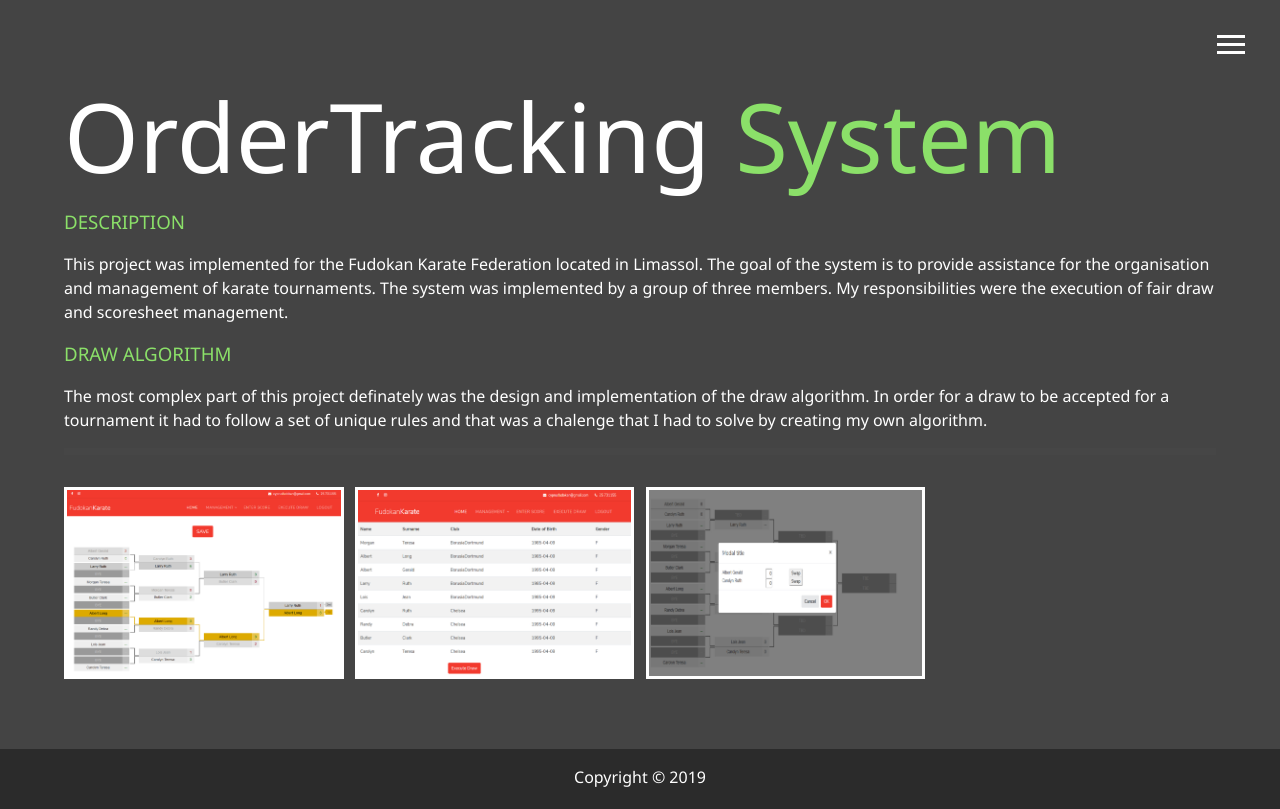
Repository: Preap/portfolio
Page: dist/projects/ordertracking.html
These files come from the project's save history. The page is drawn as it stood at one moment and after the next save; the edit follows.
The browser window is 1280 px wide. The pictures show the whole page.
Some web libraries are served in a nearby version.

Above is the page before, as saved 2019-06-06 01:30:23.

### dist/projects/ordertracking.html
<!DOCTYPE html>
<html lang="en">
  <head>
    <meta charset="UTF-8" />
    <meta name="viewport" content="width=device-width, initial-scale=1.0" />
    <meta http-equiv="X-UA-Compatible" content="ie=edge" />
    <link
      rel="stylesheet"
      href="https://use.fontawesome.com/releases/v5.6.1/css/all.css"
      integrity="sha384-gfdkjb5BdAXd+lj+gudLWI+BXq4IuLW5IT+brZEZsLFm++aCMlF1V92rMkPaX4PP"
      crossorigin="anonymous"
    />
    <link rel="stylesheet" href="../css/main.css" />
    <title>My Ordertracking Project</title>
  </head>
  <body>
    <header>
      <div class="menu-btn">
        <div class="btn-line"></div>
        <div class="btn-line"></div>
        <div class="btn-line"></div>
      </div>

      <nav class="menu">
        <div class="menu-branding"><div class="portrait"></div></div>

        <ul class="menu-nav">
          <li class="nav-item">
            <a href="../index.html" class="nav-link"> Home </a>
          </li>
          <li class="nav-item">
            <a href="../about.html" class="nav-link"> My Experience </a>
          </li>
          <li class="nav-item">
            <a href="../work.html" class="nav-link current"> My Projects </a>
          </li>
          <li class="nav-item">
            <a href="../contact.html" class="nav-link"> Contact Me </a>
          </li>
        </ul>
      </nav>
    </header>

    <main id="work">
      <h1 class="lg-heading">
        OrderTracking <span class="text-secondary">System</span>
      </h1>

      <div class="project-description">
        <h3 class="text-secondary">DESCRIPTION</h3>
        <p>
          This project was implemented for the Fudokan Karate Federation located in Limassol.
          The goal of the system is to provide assistance for the organisation and management of karate tournaments.
          The system was implemented by a group of three members. My responsibilities were the execution of fair draw
          and scoresheet management.
        </p>
        <h3 class="text-secondary">DRAW ALGORITHM</h3>
        <p>
          The most complex part of this project definately was the design and implementation of the draw algorithm.
          In order for a draw to be accepted for a tournament it had to follow a set of unique rules and that was a chalenge
          that I had to solve by creating my own algorithm.
        </p>
      </div>
      <h2 class="sm-heading"></h2>
      <div class="projects">
        <div class="item">
          <a href="#!">
            <img src="../img/projects/karate/image1.png" alt="karate_image" />
          </a>
        </div>
        <div class="item">
          <a href="#!">
            <img src="../img/projects/karate/image2.jpg" alt="karate_image" />
          </a>
        </div>
        <div class="item">
          <a href="#!">
            <img src="../img/projects/karate/image3.jpg" alt="karate_image" />
      </div>
      <br>

    </main>

    <footer id="main-footer">
      Copyright &copy; 2019
    </footer>

    <script src="../js/main.js"></script>
  </body>
</html>

### dist/css/main.css
.menu-btn {
  position: absolute;
  top: 35px;
  right: 35px;
  z-index: 3;
  cursor: pointer;
  transition: all 0.5s ease-out;
}
.menu-btn .btn-line {
  width: 28px;
  height: 3px;
  margin: 0 0 5px 0;
  background: #fff;
  transition: all 0.5s ease-out;
}
.menu-btn.close {
  transform: rotate(180deg);
}
.menu-btn.close .btn-line:nth-child(1) {
  transform: rotate(45deg) translate(5px, 5px);
}
.menu-btn.close .btn-line:nth-child(2) {
  opacity: 0;
}
.menu-btn.close .btn-line:nth-child(3) {
  transform: rotate(-45deg) translate(6px, -6px);
}

.menu {
  position: fixed;
  top: 0;
  width: 100%;
  opacity: 0.98;
  visibility: hidden;
}
.menu.show {
  visibility: visible;
}
.menu-branding,
.menu-nav {
  display: flex;
  flex-flow: column wrap;
  align-items: center;
  justify-content: center;
  float: left;
  width: 50%;
  height: 100vh;
  overflow: hidden;
}
.menu-nav {
  margin: 0;
  padding: 0;
  background: #373737;
  list-style: none;
  transform: translate3d(100%, -100%, 0);
  transition: all 0.5s ease-out;
}
.menu-nav.show {
  transform: translate3d(0, 0, 0);
}
.menu-branding {
  background: #444;
  transform: translate3d(-100%, 100%, 0);
  transition: all 0.5s ease-out;
}
.menu-branding.show {
  transform: translate3d(0, 0, 0);
}
.menu-branding .portrait {
  width: 250px;
  height: 250px;
  background: url(../img/port2BW.jpg);
  border-radius: 50%;
  border: solid 3px #8be069;
  opacity: 1;
}
.menu .nav-item {
  transform: translate3d(600px, 0, 0);
  transition: all 0.5s ease-out;
}
.menu .nav-item.show {
  transform: translate3d(0, 0, 0);
}
.menu .nav-link {
  display: inline-block;
  position: relative;
  font-size: 50px;
  text-transform: uppercase;
  padding: 1rem 0;
  font-weight: 300;
  color: #fff;
  text-decoration: none;
  transition: all 0.5s ease-out;
}
.menu .nav-link:hover {
  color: #8be069;
  transition: all 0.5s ease-out;
}
.menu .nav-link.current {
  color: #8be069;
}

.nav-item:nth-child(1) {
  transition-delay: 0.15s;
}

.nav-item:nth-child(2) {
  transition-delay: 0.3s;
}

.nav-item:nth-child(3) {
  transition-delay: 0.45s;
}

.nav-item:nth-child(4) {
  transition-delay: 0.6s;
}

* {
  box-sizing: border-box;
}

body {
  background: #444;
  color: #fff;
  height: 100%;
  margin: 0;
  font-family: "Segoe UI", Tahoma, Geneva, Verdana, sans-serif;
  line-height: 1.5;
}
body#bg-img {
  background: url(../img/keyboard.jpg);
  background-attachment: fixed;
  background-size: cover;
}
body#bg-img::after {
  content: "";
  position: absolute;
  top: 0;
  right: 0;
  width: 100%;
  height: 100%;
  z-index: -1;
  background: rgba(68, 68, 68, 0.9);
}

h1,
h2,
h3 {
  margin: 0;
  font-weight: 400;
}
h1.lg-heading,
h2.lg-heading,
h3.lg-heading {
  font-size: 6rem;
}
h1.sm-heading,
h2.sm-heading,
h3.sm-heading {
  margin-bottom: 2rem;
  padding: 0.2rem 1rem;
  background: rgba(73, 73, 73, 0.5);
}

a {
  color: #fff;
  text-decoration-line: none;
}

header {
  position: fixed;
  z-index: 2;
  width: 100%;
}

.text-secondary {
  color: #8be069;
}

main {
  padding: 4rem;
  min-height: calc(100vh - 60px);
}
main .icons {
  margin-top: 1rem;
}
main .icons a {
  padding: 0.4rem;
}
main .icons a:hover {
  color: #8be069;
  transition: all 0.5s ease-out;
}
main#home {
  overflow: hidden;
}
main#home h1 {
  margin-top: 20vh;
}

.about-info {
  display: grid;
  grid-gap: 30px;
  grid-template-areas:
    "bioimage bio bio"
    "job1 job2 job3";
  grid-template-columns: repeat(3, 1fr);
}
.about-info .bio-image {
  grid-area: bioimage;
  margin: auto;
  border-radius: 50%;
  border: #8be069 3px solid;
}
.about-info .bio {
  grid-area: bio;
  font-size: 1.5rem;
}
.about-info .job-1 {
  grid-area: job1;
}
.about-info .job-2 {
  grid-area: job2;
}
.about-info .job-3 {
  grid-area: job3;
}
.about-info .job {
  background: #585858;
  padding: 0.5rem;
  border-bottom: #8be069 5px solid;
}

.projects {
  display: grid;
  grid-gap: 0.7rem;
  grid-template-columns: repeat(3, 1fr);
}
.projects img {
  width: 100%;
  border: 3px #fff solid;
}
.projects img:hover {
  opacity: 0.5;
  border-color: #8be069;
  transition: all 0.5s ease-out;
}

.boxes {
  display: flex;
  flex-wrap: wrap;
  justify-content: space-evenly;
  align-items: center;
  margin-top: 1rem;
}
.boxes div {
  font-size: 2rem;
  border: 3px #fff solid;
  padding: 1.5rem 2.5rem;
  margin-bottom: 3rem;
  transition: all 0.5s ease-out;
}
.boxes div:hover {
  padding: 0.5rem 1.5rem;
  background: #8be069;
  color: #000;
}
.boxes div:hover span {
  color: #000;
}

.btn,
.btn-dark,
.btn-light {
  display: block;
  padding: 0.5rem 1rem;
  border: 0;
  margin-bottom: 0.3rem;
}
.btn:hover,
.btn-dark:hover,
.btn-light:hover {
  background: #8be069;
  color: #000;
  transition: all 0.5s ease-out;
}

.btn-dark {
  background: black;
  color: #fff;
}

.btn-light {
  background: #c4c4c4;
  color: #000;
}

#main-footer {
  text-align: center;
  padding: 1rem;
  background: #2b2b2b;
  color: #fff;
  height: 60px;
}

.bio {
  grid-area: bio;
  font-size: 1.5rem;
}

@media screen and (min-width: 1171px) {
  .projects {
    grid-template-columns: repeat(4, 1fr);
  }
}

@media screen and (min-width: 769) and (max-width: 1170px) {
  .projects {
    grid-template-columns: repeat(3, 1fr);
  }
}

@media screen and (max-width: 768px) {
  main {
    align-items: center;
    text-align: center;
  }
  main .lg-heading {
    line-height: 1;
    margin-bottom: 1rem;
  }
  ul.menu-nav,
  div.menu-branding {
    float: none;
    width: 100%;
    min-height: 0;
  }
  ul.menu-nav.show,
  div.menu-branding.show {
    transform: translate3d(0, 0, 0);
  }
  .menu-nav {
    height: 75vh;
    transform: translate3d(-100%, 0, 0);
    font-size: 24px;
  }
  .menu-branding {
    height: 25vh;
    transform: translate3d(100%, 0, 0);
  }
  .menu-branding .portrait {
    background: url(../img/portSmallBW.jpg);
    width: 150px;
    height: 150px;
  }
  .about-info {
    grid-template-areas:
      "bioimage"
      "bio"
      "job1"
      "job2"
      "job3";
    grid-template-columns: 1fr;
  }
  .projects {
    grid-template-columns: repeat(2, 1fr);
  }
}

@media screen and (max-width: 500px) {
  main#home h1 {
    margin-top: 10vh;
  }
  .projects {
    grid-template-columns: 1fr;
  }
}

### dist/js/main.js
// Select DOM Items
const menuBtn = document.querySelector(".menu-btn");
const menu = document.querySelector(".menu");
const menuNav = document.querySelector(".menu-nav");
const menuBranding = document.querySelector(".menu-branding");
const navItems = document.querySelectorAll(".nav-item");

//Set initial state of menu

let showMenu = false;

menuBtn.addEventListener("click", toggleMenu);

function toggleMenu() {
  if (!showMenu) {
    menuBtn.classList.add("close");
    menu.classList.add("show");
    menuNav.classList.add("show");
    menuBranding.classList.add("show");
    navItems.forEach(item => item.classList.add("show"));

    //set menu state
    showMenu = true;
  } else {
    menuBtn.classList.remove("close");
    menu.classList.remove("show");
    menuNav.classList.remove("show");
    menuBranding.classList.remove("show");
    navItems.forEach(item => item.classList.remove("show"));

    //set menu state
    showMenu = false;
  }
}

After the next save:
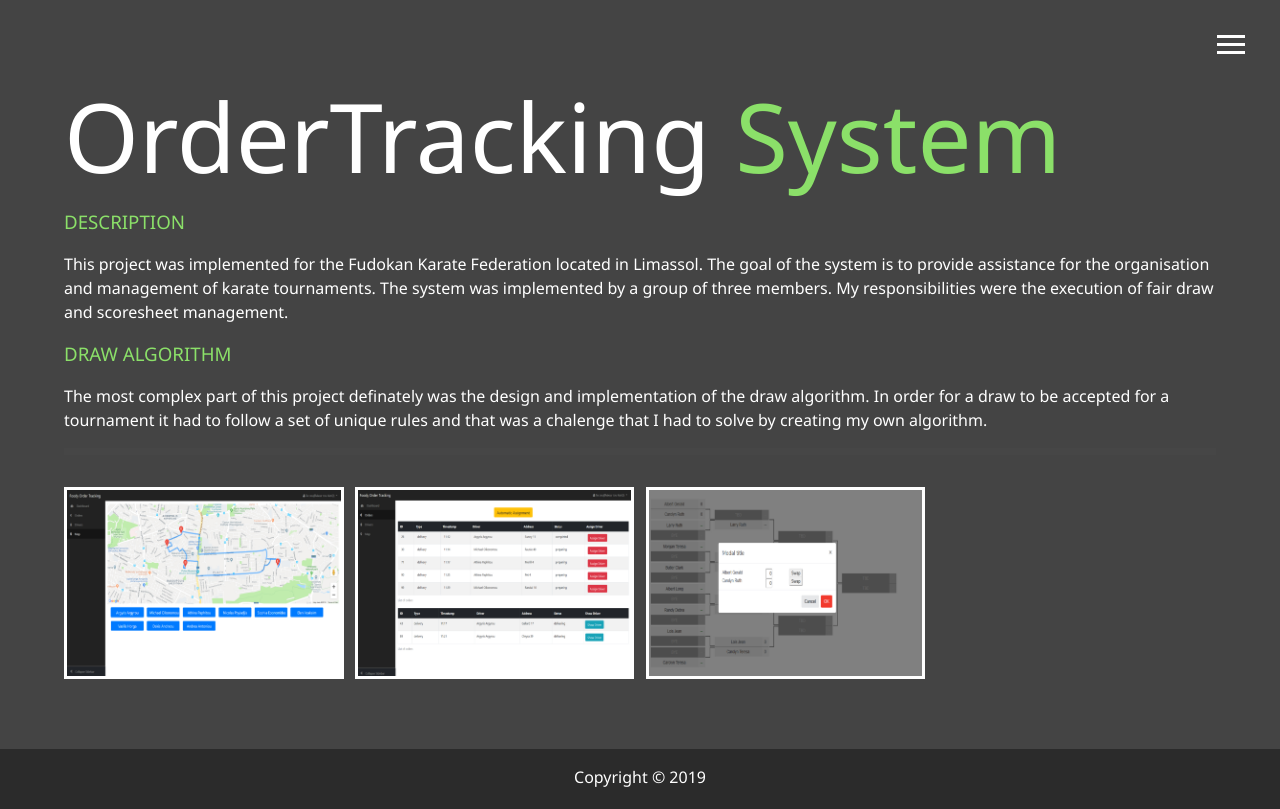
Saved 3 min 7 s later.
--- a/dist/projects/ordertracking.html
+++ b/dist/projects/ordertracking.html
@@ -65,12 +65,12 @@
       <div class="projects">
         <div class="item">
           <a href="#!">
-            <img src="../img/projects/karate/image1.png" alt="karate_image" />
+            <img src="../img/projects/ordertracking/image1.jpg" alt="karate_image" />
           </a>
         </div>
         <div class="item">
           <a href="#!">
-            <img src="../img/projects/karate/image2.jpg" alt="karate_image" />
+            <img src="../img/projects/ordertracking/image2.jpg" alt="karate_image" />
           </a>
         </div>
         <div class="item">
